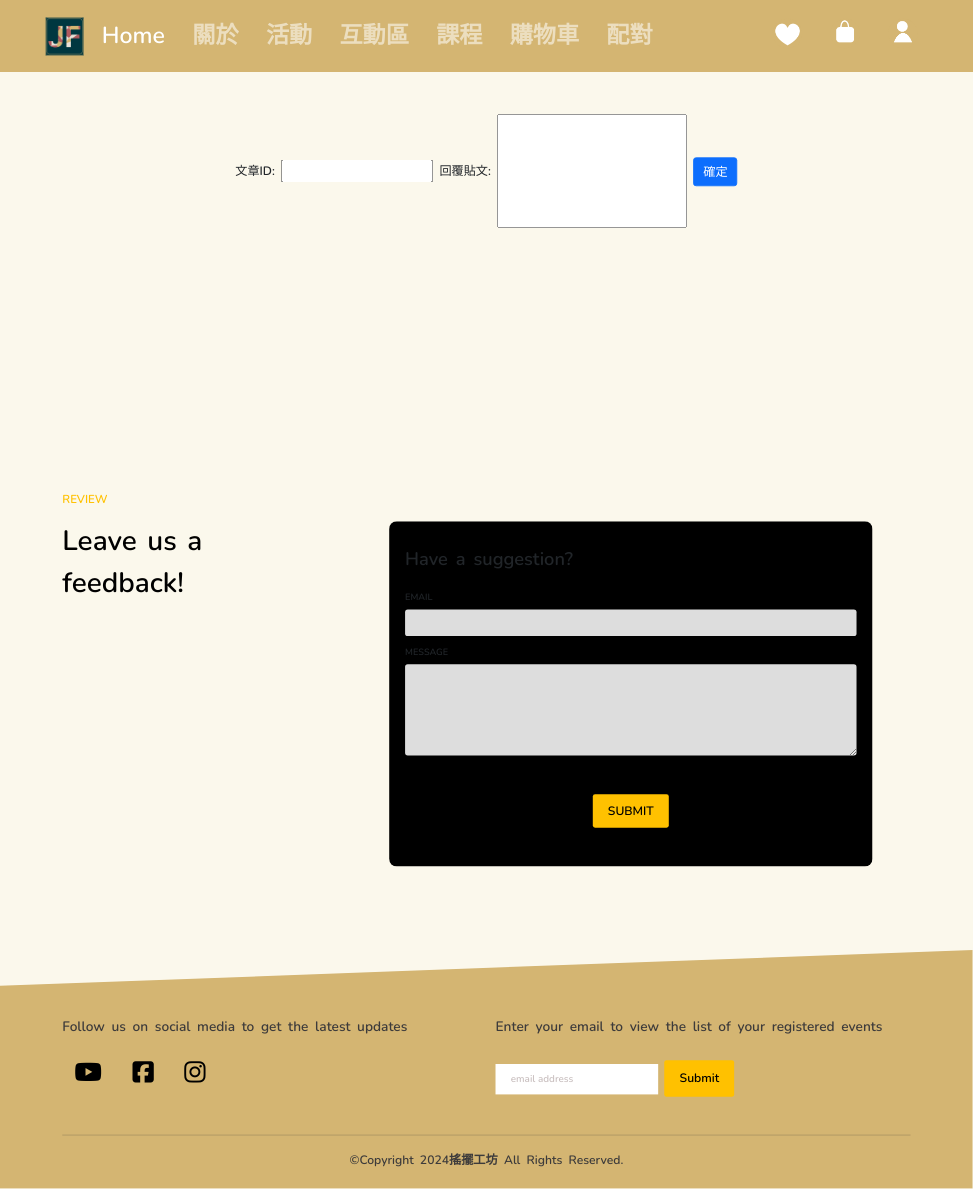
Repository: mmmooonnn0211/project
Page: workspace/demoSpringBoot-1/src/main/resources/static/html/ReplyInsertFront.html
An editor plug-in stored every save of this project. The page is shown before and after the next save, followed by the edit.
The browser window is 1280 px wide. The pictures show the whole page, at 76% of full size.
Some web libraries are served in a nearby version.

Above is the page before, as saved 2024-05-07 17:51:16.

### workspace/demoSpringBoot-1/src/main/resources/static/html/ReplyInsertFront.html
<!DOCTYPE html>
<html lang="en">

<head>
	<meta charset="UTF-8">
	<meta name="viewport" content="width=device-width, initial-scale=1.0">
	<style>
		.main {
			min-height: 55vh;
			/* 让 .slant 至少占据整个视口高度 */

		}
	</style>
	<!-- Bootstrap CSS -->
	<link href="https://cdn.jsdelivr.net/npm/bootstrap@5.0.0-beta3/dist/css/bootstrap.min.css" rel="stylesheet"
		integrity="sha384-eOJMYsd53ii+scO/bJGFsiCZc+5NDVN2yr8+0RDqr0Ql0h+rP48ckxlpbzKgwra6" crossorigin="anonymous">
	<script src="https://kit.fontawesome.com/4287c80df9.js" crossorigin="anonymous"></script>

	<!--Google Font : Nunito-->
	<link rel="preconnect" href="https://fonts.gstatic.com">
	<link href="https://fonts.googleapis.com/css2?family=Nunito:wght@600&display=swap" rel="stylesheet">

	<!-- For style(All CSS content) -->
	<link rel="stylesheet" type="text/css" href="../styles/home.css" />
	<link rel="stylesheet" type="text/css" href="../styles/footer.css" />
	<link rel="stylesheet" type="text/css" href="../styles/navbar.css" />
	<link rel="icon" href="images/favicon.ico">

	<!-- JS Bundle for BS  -->
	<script src="https://cdn.jsdelivr.net/npm/popper.js@1.16.1/dist/umd/popper.min.js"
		integrity="sha384-9/reFTGAW83EW2RDu2S0VKaIzap3H66lZH81PoYlFhbGU+6BZp6G7niu735Sk7lN" crossorigin="anonymous">
		</script>
	<title>範本</title>
</head>


<body>
	<div class="container-fluid" style="margin-top: 150px;">

	</div>
	<!-- <section> -->
	<div class="main">
		<div class="container text-center">
			<form method="post" action="/ReplyinsertFront.controller" onsubmit="return validateForm();">

				<div>
					<!--					<label for="userId">使用者ID:</label>-->
					<!--					<input type="text" id="userId" name="userId" style="width: 200px;" />-->

					<label for="LTId">文章ID:</label>
					<input type="text" id="LTId" name="LTId" style="width: 200px;" />

					<label for="replypost">回覆貼文:</label>
					<input type="text" id="replypost" name="replypost" style="width: 250px; height: 150px;" />

					<button type="submit" class="btn btn-primary">確定</button>

				</div>

			</form>

		</div>
	</div>
	<script src="https://cdn.jsdelivr.net/npm/bootstrap@5.0.0-beta3/dist/js/bootstrap.bundle.min.js"
		integrity="sha384-JEW9xMcG8R+pH31jmWH6WWP0WintQrMb4s7ZOdauHnUtxwoG2vI5DkLtS3qm9Ekf" crossorigin="anonymous">
		</script>


	<div align="center"></div>
	<div class="container">
		<div class="row" style="margin-bottom: 100px; margin-top: 100px;">
			<div class="col-md-4" style="text-align: left;">
				<p class="review">REVIEW</p>
				<p class="feedback">Leave us a <br>feedback!</p>
			</div>
			<div class="col-sm-8">
				<div class="container" id="cards">
					<div class="card">
						<div id="sugg">Have a suggestion?</div>
						<br>
						<div id="text">EMAIL</div>
						<input id="box" name="E-Mail Address" />

						<div id="text">MESSAGE</div>
						<textarea id="msg" name="Message"></textarea>

						<br />
						<input id="btn" type="submit" value="SUBMIT" style="margin-bottom: 20px;" />
					</div>
				</div>
			</div>
		</div>
	</div>
	<script>
		function validateForm() {
			var replypostInput = document.getElementsByName('replypost')[0].value.trim();
			var userIdInput = document.getElementsByName('userId')[0].value.trim();
			var LTIdInput = document.getElementsByName('LTId')[0].value.trim();

			if (replypostInput === '' || userIdInput === '' || LTIdInput === '') {
				Swal.fire({
					icon: 'warning',
					title: '請輸入完整資訊😒',
					showConfirmButton: false,
					timer: 1500
				});
				return false;
			}
			return true;
		}
	</script>

	<script>

		fetch('basic.html')
			.then(response => response.text())
			.then(html => {
				document.body.innerHTML += html;
			});


	</script>
</body>

</html>

### workspace/demoSpringBoot-1/src/main/resources/static/styles/home.css
/* hiding vertical scroll bar from every page */
::-webkit-scrollbar {
  width: 0 !important
}




body {
  font-family: 'Nunito', sans-serif;
  background-color: #FBF8EC;
  word-spacing: 0.25rem;
}

::selection {
  color: black;
  background: #ffc100;
}

::placeholder {
  color: rgb(202, 192, 192);
}

.neon-yellow {
  color: #ffc100;
}

.working-heading {
  font-size: 2.3rem;
  font-weight: bold;
  color: black;
}


.date-style {
  font-weight: 850;
  padding: 0 0 0.3rem 0;
}

.sub-heading {
  font-size: 1.5rem;
  font-weight: 1000;
  padding: 0 0 0.3rem 0;
}

.small-subtext {
  color: black;
  font-weight: 700;
  font-size: 1rem;
}

.process-heading {
  font-weight: 1000;
  font-size: 0.95rem;
}

.eng,
.feedback,
.some {
  font-size: 2.3rem;
  font-weight: 1000;
  color: black;
}

.center-line {
  border-left: 0.58rem solid #ffc100;
  height: 110%;
  position: absolute;
  top: 0%;
  left: 0%;
}

.padding-for-mobile {
  padding: 0 1rem 2rem 4rem;
  text-align: left;
  /*background-color:  white;*/
}

.stickyy-corner {
  position: -webkit-sticky;
  position: sticky;
  top: 0;
}

.timeline-left-style {
  color: black;
  text-align: right;
  padding: 0 4rem 0 5.2rem;
}

.timeline-right-style {
  color: black;
  text-align: left;
  position: relative;
  padding: 0 5.2rem 0 4rem;
  overflow-y: hidden;
}

.d-block {
  margin-top: 2%;
  border-radius: 7px;
  border: 3px solid rgb(245, 241, 241);
  width: 100%;
}

.chess,
.review,
.event {
  color: #ffc100;
  font-weight: 850;
  font-size: 0.95rem;
}


#text {
  font-weight: 850;
  font-size: 0.75rem;
  margin-bottom: 7px;
}

#sugg {
  font-size: 1.5rem;
  font-weight: 1000;
}

#btn {
  background-color: #ffc100;
  color: rgb(0, 0, 0);
  padding: 10px 20px;
  text-align: center;
  border: none;
  border-radius: 3px;
  display: block;
  margin: auto;
  margin-top: 15px;
  font-weight: bold;
}


#box,
#msg {
  background-color: #DDDDDD;
  border-radius: 3.5px;
  border: none;
  margin-bottom: 12px;
  width: 100%;
}

#msg {
  height: 120px;
}

#box {
  height: 35px;
}

#spon {
  color: black;
  margin-top: 60px;
  display: flex;
  justify-content: space-evenly;
  align-items: center;
  font-weight: bold;
  margin-bottom: 20px;
}

.image {
  height: 100px;
}

.image3 {
  height: 250px;
  overflow-y: hidden;
}

.pic1,
.pic2 {
  font-weight: bold;
  font-size: medium;
}

.pic1 {
  margin-top: 20px;
}

.column {
  display: flex;
  flex-direction: column;
  justify-content: space-evenly;
  align-items: center;
}

.columns {
  display: flex;
  flex-direction: column;
  justify-content: center;
  align-items: flex-start;
}

.pic2 {
  color: gray;
  font-size: small;
}

.event,
.some,
.last,
.pic,
.pic1,
.pic2 {
  display: flex;
  justify-content: space-evenly;
  align-items: center;
}

.subhead {
  color: black;
  font-size: 3rem;
  overflow-y: hidden;
}

.active {
  color: #ffc100;
}

.active:hover {
  color: #ffc100;
}

p {
  color: black;
}

.title-img {
  width: 25%;
  margin-left: 8%;
  transform: rotate(10deg);
}

.hover {
  color: #ffc100;
}

.title-img3 {
  width: 25%;
  transform: rotate(-10deg);
}

.title-img2 {
  width: 35%;
  padding-right: 5%;
  padding-left: 5%;


}

.carousel-img-styles {
  border: 0.13rem solid black;
  border-radius: 1rem;
}

h1 {
  font-size: 5rem;
  line-height: 1.5;
  font-weight: 900;
}

#title {
  margin-bottom: 11rem;
}

.col-lg-3 {
  padding-left: 3rem;
}

.ex-btn {
  margin-top: 2.5rem;
  margin-bottom: 30px;
}

.carousel-container {
  width: 55%;
}

#cards {
  padding: 10px 50px;
}

.card {
  background-color: black;
  border-radius: 10px;
  /* display: block;
    margin: auto;
    font: 16px;
    width:55%; */
  padding: 30px 20px;

}

@media only screen and (max-width: 767px) {
  .small-subtext {
    font-size: 0.8rem;
  }

  .padding-for-mobile {
    padding: 0 0 4rem 2rem;
  }

  /*
  .sticky-corner {
    position: static;
  }
  */
  #cards {
    padding: 0px 20px;
  }


  .sub-heading {
    font-size: 1.3rem;
  }

  .process-heading {
    font-size: 0.85rem;
  }

  .working-heading {
    font-size: 1.5rem;
  }

  .timeline-left-style {
    padding: 0 2.5rem 0 3rem;
  }

  .timeline-right-style {
    padding: 0 3rem 0 2.5rem;
  }

  #spon {
    font-size: 1.5rem;
  }

  .some,
  .eng,
  .feedback {
    font-size: 1.5rem;
  }

  .card {
    width: 100%;
  }

  .pic {
    flex-direction: column;
  }

  .carousel-container {
    width: 85%;
  }
}

@media only screen and (max-width: 575px) {

  .title-img,
  .title-img3 {
    display: none;
  }

  .title-img2 {
    display: block;
    margin: auto;
    width: 100%;
    padding: 50px;
  }
}

@media only screen and (max-width: 375px) {


  .date-style {
    font-size: 0.8rem;
  }

  .sub-heading {
    font-size: 0.9rem;
  }

  .small-subtext {
    font-size: 0.7rem;
  }

  .timeline-left-style {
    padding: 0 1.6rem 0 2rem;
  }

  .timeline-right-style {
    padding: 0 2rem 0 2rem;
  }
}

### workspace/demoSpringBoot-1/src/main/resources/static/styles/footer.css
/*
hiding vertical scroll bar from every page
*/
::-webkit-scrollbar {
    width: 0 !important
}




.slant {
    /* width: 110%;
    background-color: #DDDDDD;
    transform: rotate(-3deg);
    height: 100px; */
    clip-path: polygon(0 15%, 100% 0, 100% 100%, 0 100%);
  }

  .container{
    margin-top: 30px;
  }

  .left, .right {
    font-size: large;
    font-weight: bold;
    margin-top: 50px;
    color: rgb(61, 59, 59);
    margin-bottom: 30px;
  }

  .below {
    background-color:#D4B572;
    position: relative;
    padding-top: 8px;
    padding-bottom: 6px;
    width: 100%;
    height: 100%;
  }

  #mail {
    border: none;
    height: 30px;
    padding: 20px;
    font-size: small;
    font-weight: bold;
  }

  #bttn {
    background-color: #ffc100;
    color: black;
    padding: 12px 20px;
    text-align: center;
    border: none;
    border-radius: 3px;
    font-weight: bold;
  }


  .fa-youtube:hover{
    color: rgb(230, 59, 59);
    transition: 0.5s;
  }

  .fa-twitter:hover, .fa-facebook-square:hover{
    color: rgba(18, 212, 212, 0.596);
    transition: 0.5s;
  }

  .fa-instagram:hover{
    color: rgb(218, 30, 61);
    transition: 0.5s;
  }

  .fa-github{
    color: rgb(43, 36, 36);
    transition: 0.5s;
  }

  .fab {
    padding: 0 1rem 0 1rem;
    font-size: 2rem;
    color: black;
  }

  .last {
    font-weight: 900;
    color: rgb(61, 59, 59);
    margin: 20px;
    display: flex;
  justify-content: space-evenly;
  align-items: center;
  }

  @media only screen and (max-width: 767px) {
    .slant{
      clip-path: polygon(0 5%, 100% 0, 100% 100%, 0 100%);
    }
  }

  @media only screen and (max-width: 375px) {
    .slant{
      clip-path: polygon(0 5%, 100% 0, 100% 100%, 0 100%);
    }
  }

### workspace/demoSpringBoot-1/src/main/resources/static/styles/navbar.css
/* 鼠標移動導覽列*/
.nav-item :hover {
  color: rgb(255, 128, 128);
  cursor: pointer;
  background-color: #B15A5E;
  border-radius: 10px;
}

.navbar a {
  color: #ff2600a2;
  border-radius: 10px;
}


.navbar {
  padding: 1rem 2rem;
  position: fixed;
  z-index: 100;
  width: 100%;
  margin: 0;
  top: 0;
  left: 0;
  background-color: #D4B572;
}

.nav-item {
  padding: 0 20px 0 0;
}

.nav-link {
  font-size: 1.9rem;
  font-weight: 900;

}


.dropdown-item,
.dropdown-menu {
  background-color: #B15A5E;
  color: #BF3F41;
  ;
  margin: 0;
}






.dropdown-menu a {
  color: white;
  ;
  text-decoration: none;
  display: block;
  text-align: left;
}

### workspace/demoSpringBoot-1/src/main/resources/static/html/basic.html
<!doctype html>
<html lang="en">

<head>
    <!-- Required meta tags -->
    <meta charset="utf-8">
    <meta name="viewport" content="width=device-width, initial-scale=1">




    <title>JFSwing</title>
</head>

<body>

    <!-- Shashank's Section -->
    <!-- <section class="title"> -->
    <!-- Navbar section -->
    <nav class="navbar navbar-expand-lg navbar-dark">
        <!-- <LOGO> -->
        <div class="container-fluid">
            <div width="50px" height="50px">
                <a class="m-3" href="index.html"> <img src="../images/LOGO.png" width="50px" height="50px"
                        alt="Eternals">
                </a>
                <button class="navbar-toggler" type="button" data-bs-toggle="collapse" data-bs-target="#navbarCollapse"
                    aria-controls="navbarCollapse" aria-expanded="false" aria-label="Toggle navigation">
                    <span class="navbar-toggler-icon"></span>
                </button>
            </div>
            <div class="collapse navbar-collapse" id="navbarCollapse">
                <ul class="navbar-nav ">
                    <li class="nav-item">
                        <a class="nav-link active" href="frontPage.html">Home </a>
                    </li>
                    <li class="nav-item">
                        <a class="nav-link" href="about.html">關於</a>
                    </li>
                    <li class="nav-item">
                        <a class="nav-link" href="EventAll.html">活動</a>
                    </li>
                    <li class="nav-item">
                        <a class="nav-link" href="/LTSelectAll2">互動區</a>
                    </li>
                    <li class="nav-item">
                        <a class="nav-link" href="contact.html">課程</a>
                    </li>
                    <li class="nav-item">
                        <a class="nav-link" href="">購物車</a>
                    </li>
                    <li class="nav-item">
                        <a class="nav-link" href="">配對</a>
                    </li>

                </ul>

            </div>

            <!-- <右上角的東西> -->
            <div class="navbar-nav justify-content-end">
                <ul class="navbar-nav">
                    <li class="nav-item">
                        <div class="m-2 rounded-circle overflow-hidden align-self-center ratio ratio-1x1"
                            style="width: 40px">
                            <img src="../images/LOVE.png" alt="" class="object-fit-cover w-100 h-100" />
                        </div>
                    </li>
                    <li class="nav-item">
                        <div class="m-2 rounded-circle overflow-hidden align-self-center ratio ratio-1x1"
                            style="width: 40px">
                            <img src="../images/SHOP.png" alt="" class="object-fit-cover w-100 h-100" />
                        </div>
                    </li>
                    <li class="nav-item">
                        <a href="#" target="_blank"
                            class="m-2 rounded-circle overflow-hidden align-self-center ratio ratio-1x1"
                            style="width: 40px; display: inline-block;">
                            <img src="../images/MAN.png" alt="Facebook" class="object-fit-cover w-100 h-100" />
                        </a>
                    </li>

                </ul>

            </div>
        </div>
    </nav>

    <!-- Title -->
    <!-- <中間> -->



    <!-- footer-->
    <div class="slant footer-content mt-auto">

        <footer class="below">
            <div class="container">
                <div class="row">
                    <div class="col-lg-6">
                        <p class="left">Follow us on social media to get the latest updates</p>
                        <a href="#"><i class="fab fa-youtube"></i></a>
                        <a href="https://www.facebook.com/apple.hi.77?mibextid=kFxxJD"><i
                                class="fab fa-facebook-square"></i></a>
                        <a href="#"><i class="fab fa-instagram"></i></a>

                    </div>
                    <div class="col-lg-6">
                        <p class="right">Enter your email to view the list of your registered events</p>
                        <input id="mail" placeholder="email address">
                        <span><button id="bttn">
                                Submit </button></span>
                    </div>
                </div>
                <hr style="margin-top: 50px;">
            </div>
            <div class="last">&copy;Copyright 2024搖擺工坊 All Rights Reserved.</div>
        </footer>

    </div>



</body>

</html>

After the next save:
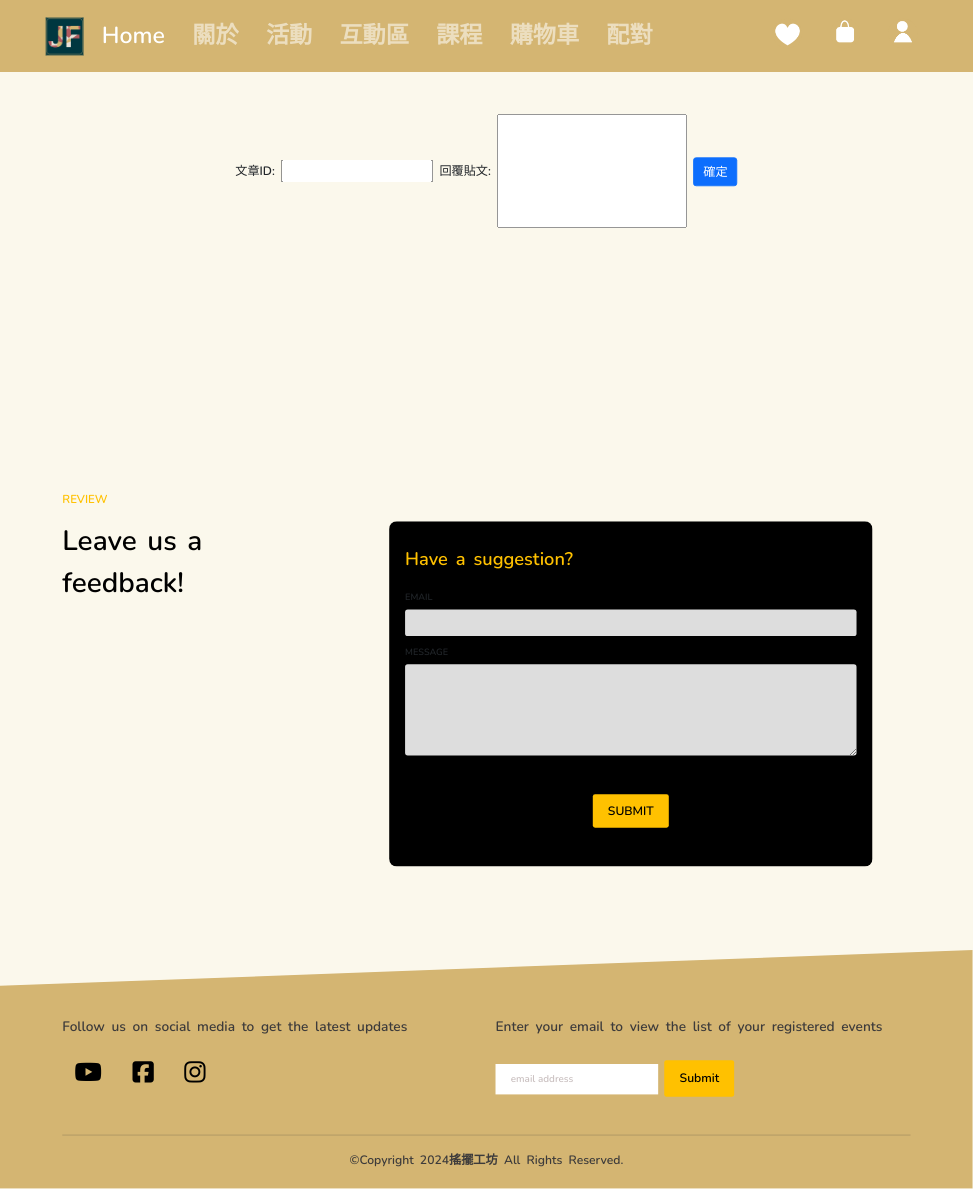
Saved 2 min 33 s later.
--- a/workspace/demoSpringBoot-1/src/main/resources/static/html/ReplyInsertFront.html
+++ b/workspace/demoSpringBoot-1/src/main/resources/static/html/ReplyInsertFront.html
@@ -76,7 +76,7 @@
 			<div class="col-sm-8">
 				<div class="container" id="cards">
 					<div class="card">
-						<div id="sugg">Have a suggestion?</div>
+						<div id="sugg" class="neon-yellow">Have a suggestion?</div>
 						<br>
 						<div id="text">EMAIL</div>
 						<input id="box" name="E-Mail Address" />
